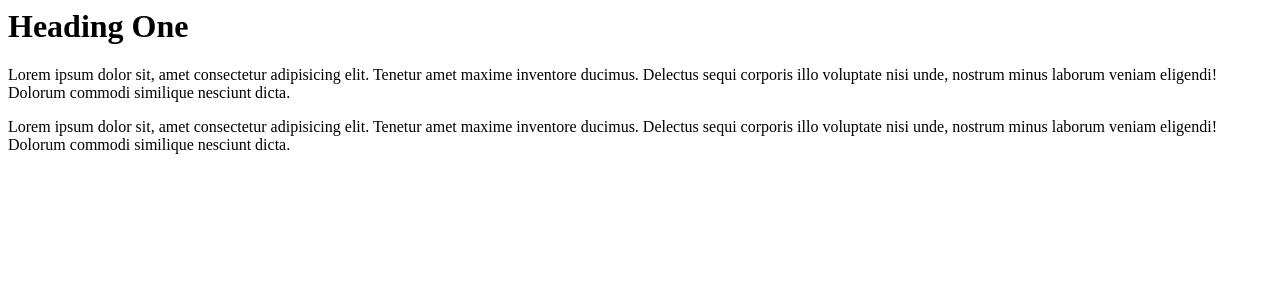
Repository: MonwarAdeeb/Bista_Solutions
Page: HTML & CSS/CSS/Level Two/01. Fonts.html
The author's editor kept a copy of each file at every save. The page is drawn from the files as they stood at one save, then again after the next save.
The browser window is 1280 px wide. The pictures show the whole page.

Above is the page before, as saved 2021-05-20 15:17:01.

### HTML & CSS/CSS/Level Two/01. Fonts.html
<html lang="en">
<head>
    <meta charset="UTF-8">
    <meta http-equiv="X-UA-Compatible" content="IE=edge">
    <meta name="viewport" content="width=device-width, initial-scale=1.0">
    <title>Fonts</title>
    <link rel="stylesheet" href="01. Fonts.css">
</head>
<body>
    <h1>Heading One</h1>

    <p>Lorem ipsum dolor sit,
        amet consectetur adipisicing elit.
        Tenetur amet maxime inventore ducimus.
        Delectus sequi corporis illo voluptate nisi unde,
        nostrum minus laborum veniam eligendi!
        Dolorum commodi similique nesciunt dicta.</p>

    <p id="two">Lorem ipsum dolor sit,
        amet consectetur adipisicing elit.
        Tenetur amet maxime inventore ducimus.
        Delectus sequi corporis illo voluptate nisi unde,
        nostrum minus laborum veniam eligendi!
        Dolorum commodi similique nesciunt dicta.</p>

    <p></p>

</body>
</html>

Loaded but not shown: HTML & CSS/CSS/Level Two/01. Fonts.css (no stored copy; drawn as an empty file)

After the next save:
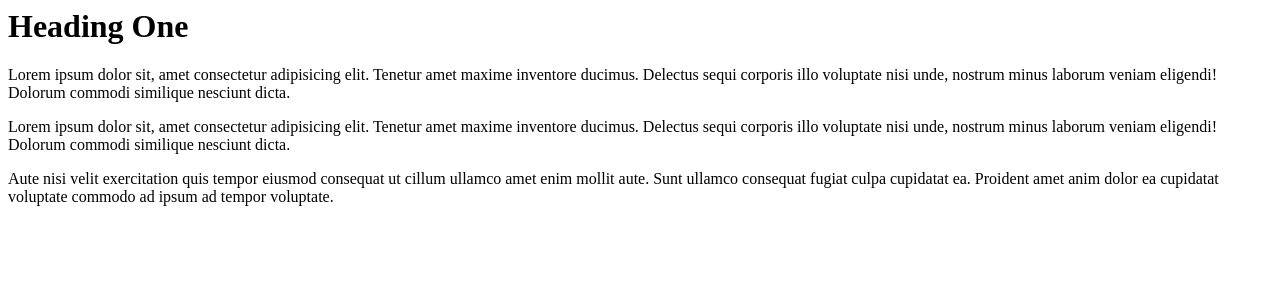
Saved 8 s later.
--- a/HTML & CSS/CSS/Level Two/01. Fonts.html
+++ b/HTML & CSS/CSS/Level Two/01. Fonts.html
@@ -23,7 +23,7 @@
         nostrum minus laborum veniam eligendi!
         Dolorum commodi similique nesciunt dicta.</p>
 
-    <p></p>
+    <p>Aute nisi velit exercitation quis tempor eiusmod consequat ut cillum ullamco amet enim mollit aute. Sunt ullamco consequat fugiat culpa cupidatat ea. Proident amet anim dolor ea cupidatat voluptate commodo ad ipsum ad tempor voluptate.</p>
 
 </body>
 </html>

After the save that followed:
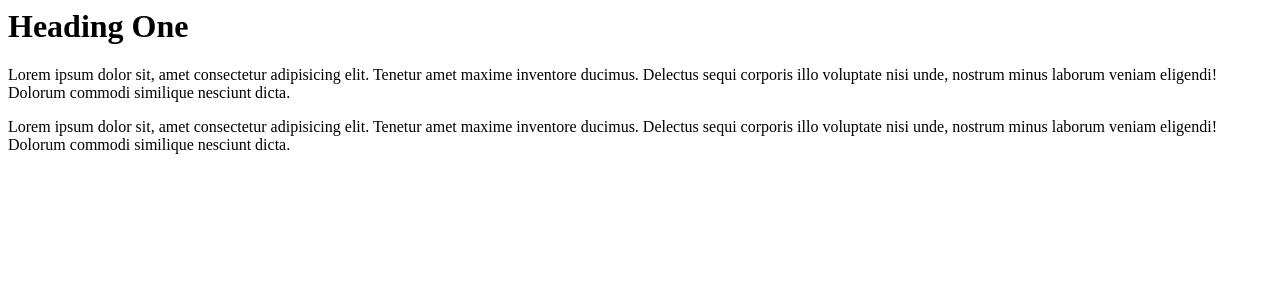
Saved 5 s later.
--- a/HTML & CSS/CSS/Level Two/01. Fonts.html
+++ b/HTML & CSS/CSS/Level Two/01. Fonts.html
@@ -23,7 +23,7 @@
         nostrum minus laborum veniam eligendi!
         Dolorum commodi similique nesciunt dicta.</p>
 
-    <p>Aute nisi velit exercitation quis tempor eiusmod consequat ut cillum ullamco amet enim mollit aute. Sunt ullamco consequat fugiat culpa cupidatat ea. Proident amet anim dolor ea cupidatat voluptate commodo ad ipsum ad tempor voluptate.</p>
+    <p></p>
 
 </body>
 </html>
